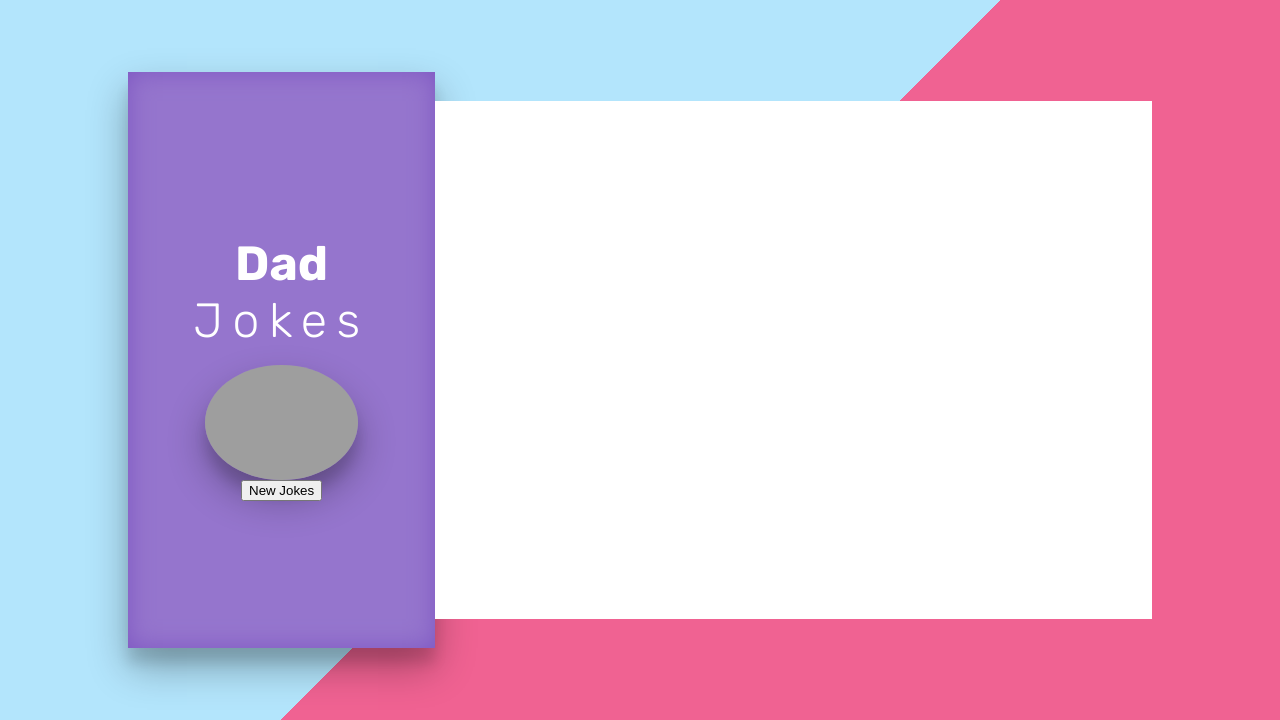
Repository: zhapar/dad-jokes
Page: /
An editor plug-in stored every save of this project. The page is shown before and after the next save, followed by the edit.
The browser window is 1280 px wide. The pictures show the whole page.
Pictures or frames that could not be fetched are drawn as grey boxes. The page's requests for data from a server got no answer. The project was rebuilt for these pictures with package versions that can differ from the ones it lists, and the page was loaded fresh each time. No one was signed in, and anything a server would have sent is missing.

Above is the page before, as saved 2020-08-29 21:16:28.

### src/App.js
import React from "react";
import JokeList from "./JokeList";
import "./App.css";

function App() {
  return (
    <div className="App">
      <JokeList />
    </div>
  );
}

export default App;

### src/JokeList.js
import React, { Component } from "react";
import axios from "axios";
import "./JokeList.css";

class JokeList extends Component {
  static defaultProps = {
    numJokesToGet: 10,
  };

  constructor(props) {
    super(props);
    this.state = {
      jokes: [],
    };
  }

  async componentDidMount() {
    let jokes = [];
    while (jokes.length < this.props.numJokesToGet) {
      let res = await axios.get("https://icanhazdadjoke.com/", {
        headers: { Accept: "application/json" },
      });
      jokes.push(res.data.joke);
    }
    this.setState({ jokes });
  }

  render() {
    return (
      <div className="JokeList">
        <div className="JokeList-sidebar">
          <h1 className="JokeList-title">
            <span>Dad</span> Jokes
          </h1>
          <img
            src="https://assets.dryicons.com/uploads/icon/svg/8927/0eb14c71-38f2-433a-bfc8-23d9c99b3647.svg"
            alt="Smiling"
          />
          <button className="JokeList-getmore">New Jokes</button>
        </div>
        <div className="JokeList-jokes">
          {this.state.jokes.map((j) => (
            <div>{j}</div>
          ))}
        </div>
      </div>
    );
  }
}

export default JokeList;

### src/App.css
@import url('https://fonts.googleapis.com/css2?family=Rubik:wght@300;400;700&display=swap');

.App {
  display: flex;
  justify-content: center;
  align-items: center;
  height: 100vh;
  font-family: 'Rubik', sans-serif;
  color: #78909c;
  background: linear-gradient(135deg,
      rgba(179, 229, 252, 1) 0%,
      rgba(179, 229, 252, 1) 50%,
      rgba(240, 98, 146, 1) 50%,
      rgba(240, 98, 146, 1) 100%);
}

### src/JokeList.css
.JokeList {
  display: flex;
  width: 80%;
  height: 80%;
}

.JokeList-sidebar {
  background-color: #9575cd;
  display: flex;
  flex-direction: column;
  justify-content: center;
  align-items: center;
  width: 30%;
  text-align: center;
  box-shadow: 0 19px 38px rgba(0, 0, 0, .3), 0 15px 12px rgba(0, 0, 0, .1), inset 0 0 25px #7e57c2;
}

.JokeList-title {
  font-size: 3rem;
  margin: 1rem;
  color: #ffffff;
  font-weight: 300;
  letter-spacing: 0.6rem;
}

.JokeList-title span {
  font-weight: 700;
  letter-spacing: 0;
}

.JokeList-sidebar img {
  width: 50%;
  box-shadow: 0 19px 38px rgba(0, 0, 0, 0.3), 0 15px 12px rgba(0, 0, 0, 0.1);
  border-radius: 50%;
}

.JokeList-jokes {
  height: 90%;
  background: #ffffff;
  align-self: center;
  width: 70%;
  overflow-y: scroll;
}

Loaded but not shown: src/index.js (common file); src/index.css (common file); src/serviceWorker.js (common file)

After the next save:
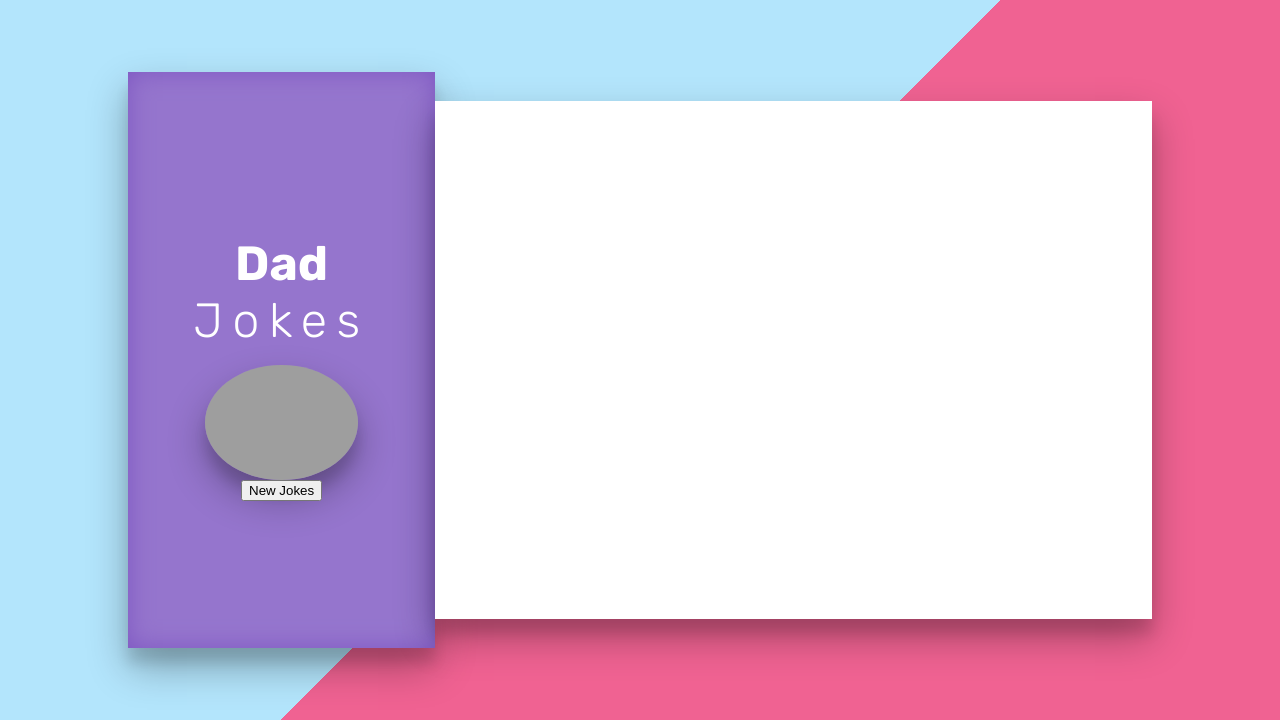
Saved 23 s later.
--- a/src/JokeList.css
+++ b/src/JokeList.css
@@ -40,4 +40,5 @@
   align-self: center;
   width: 70%;
   overflow-y: scroll;
+  box-shadow: 0 19px 38px rgba(0, 0, 0, 0.3), 0 15px 12px rgba(0, 0, 0, 0.1);
 }
